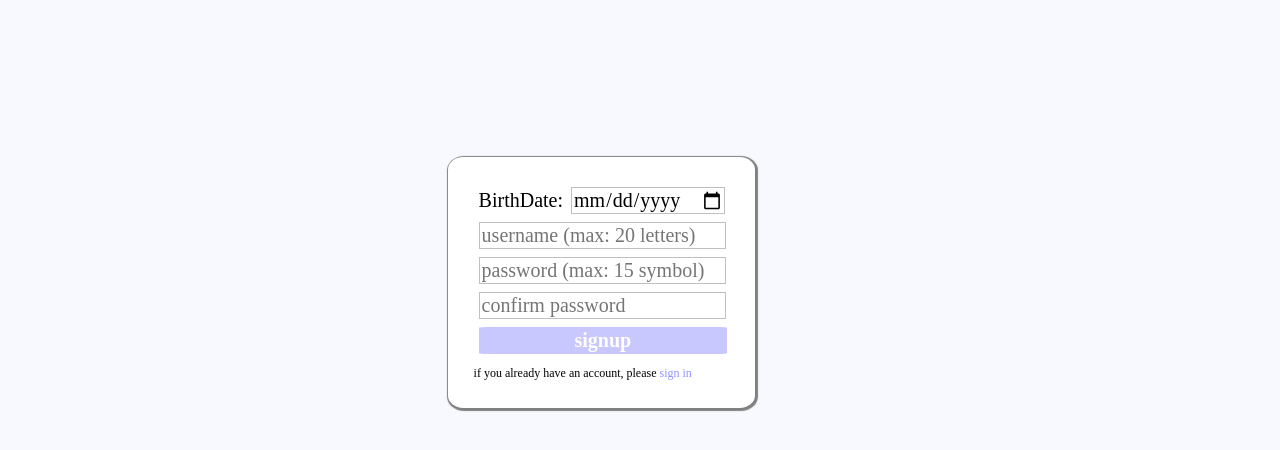
Repository: ZZainabshaabneh/PhpProjects
Page: http://localhost/signup.php
These files come from the project's save history. The page is drawn as it stood at one moment and after the next save; the edit follows.
The browser window is 1280 px wide. The pictures show the whole page.
The page is run by PHP 8.4 with error messages shown; the project is at /var/www/html/.

Above is the page before, as saved 2024-04-30 21:34:55.

After the next save:
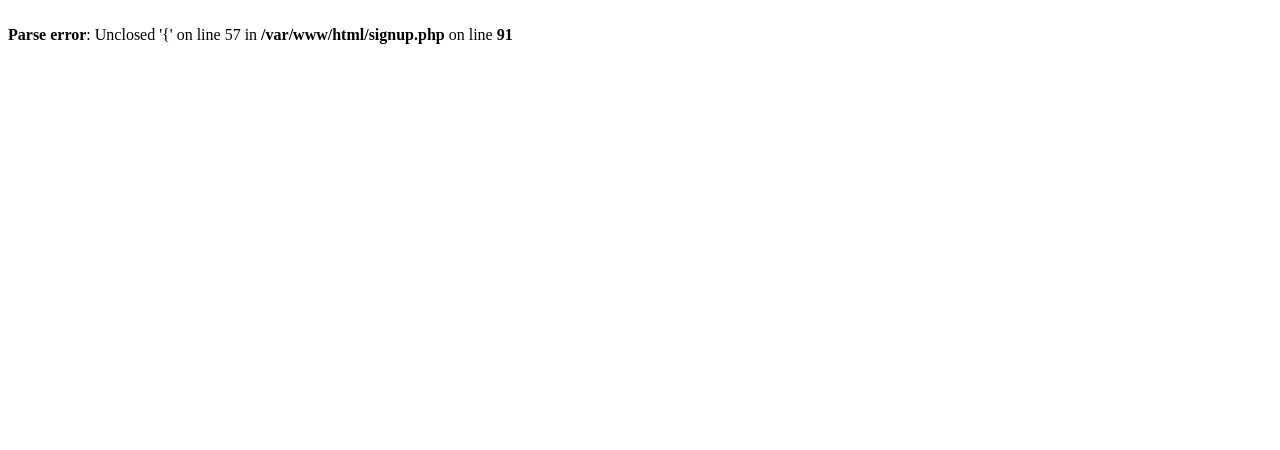
Saved 64 min 41 s later.
--- a/Projects/fullstack/signup.php
+++ b/Projects/fullstack/signup.php
@@ -78,12 +78,7 @@
 
  mkdir($username);
 
-    echo "<script>
-alert('welcome!');
-window.location.href='signin.php';
-</script>";
-}
-echo "</h2>";
+
 }
 ?>
 </div>

After the save that followed:
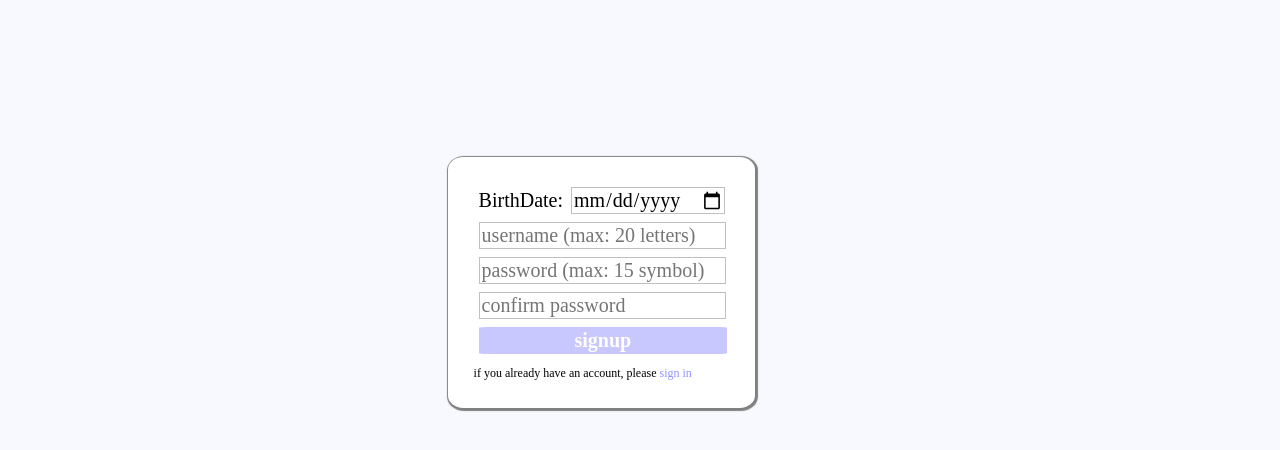
Saved 17 s later.
--- a/Projects/fullstack/signup.php
+++ b/Projects/fullstack/signup.php
@@ -80,6 +80,8 @@
 
 
 }
+echo "</h2>";
+}
 ?>
 </div>
 
